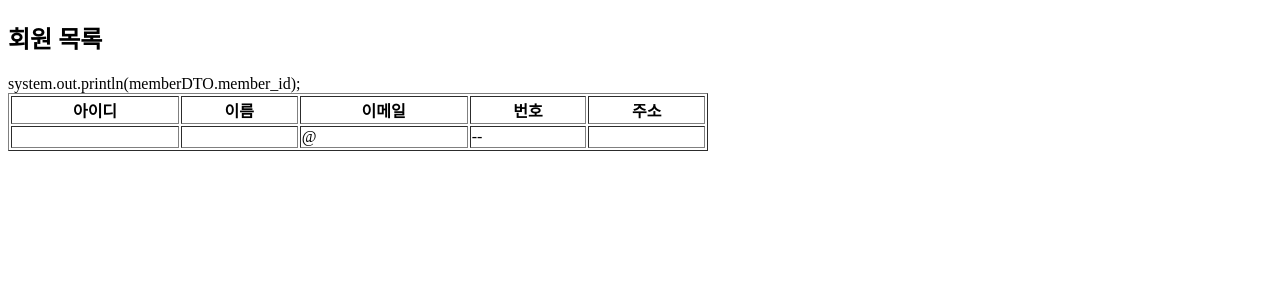
Repository: keepsus/gaebokchi
Page: http://localhost/uzuslime/member/memberList.jsp
These files come from the project's save history. The page is drawn as it stood at one moment and after the next save; the edit follows.
The browser window is 1280 px wide. The pictures show the whole page.
The page is served by Tomcat 9. Nobody is signed in. The application's start-up code is not run.

Above is the page before, as saved 2021-02-04 09:26:36.

After the next save:
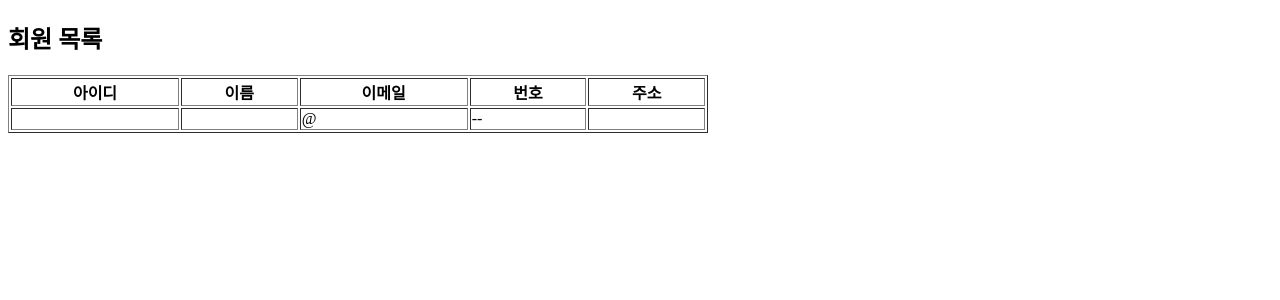
Saved 13 s later.
--- a/uzuslime/src/main/webapp/member/memberList.jsp
+++ b/uzuslime/src/main/webapp/member/memberList.jsp
@@ -19,7 +19,6 @@
 			<th>주소</th>
 		</tr>
 		<tr>
-			system.out.println(memberDTO.member_id);
 			<td>${memberDTO.member_id }</td>
 			<td>${memberDTO.member_name }</td>
 			<td>${memberDTO.email1 }@${memberDTO.email2 } </td>
